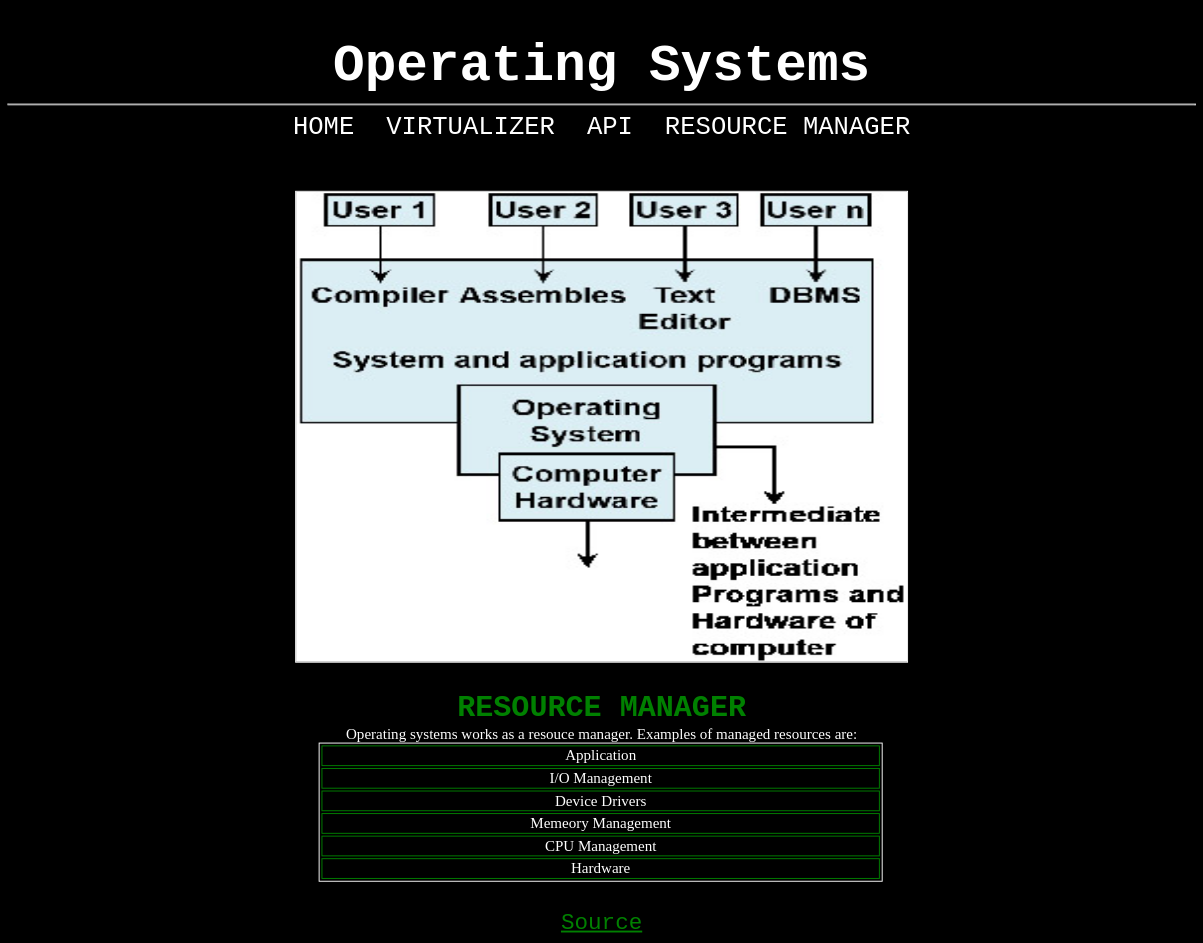
Repository: ctm93/website2
Page: http://localhost/page4.php
The author's editor kept a record of every edit. The page is drawn from the files as they stood at one moment, then again after the next edit.
The browser window is 1280 px wide. The pictures show the whole page, at 94% of full size.
Some web fonts or font styles are not loaded; a fallback is used. The page is run by PHP 8.4 with error messages shown; the project is at /var/www/html/.

Above is the page before.

After the next edit:
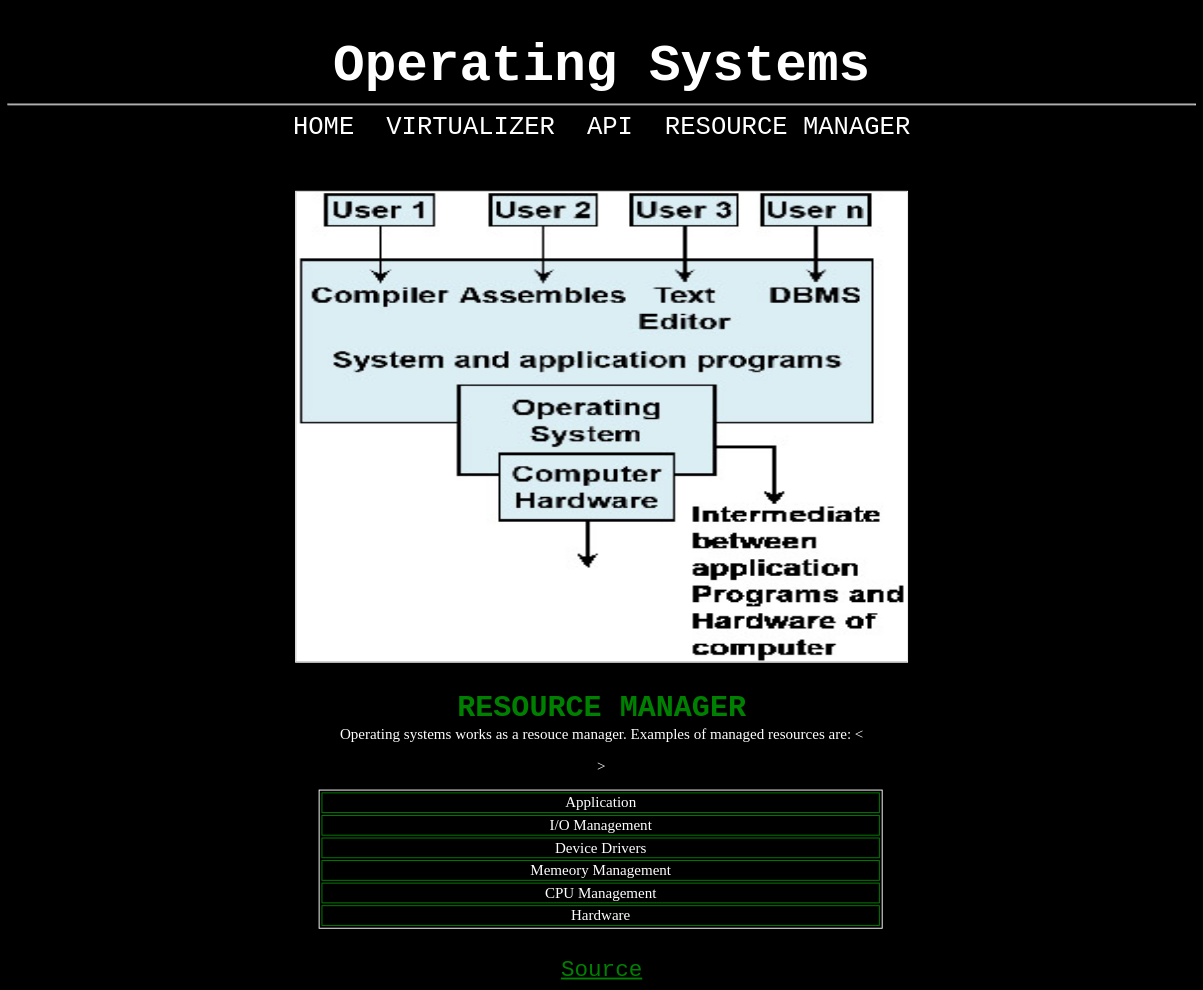
The edit:
--- a/page4.php
+++ b/page4.php
@@ -34,7 +34,7 @@
 
                 <p2>Operating systems works as a resouce manager. Examples of managed resources are:</p2>
 
-                <p3>
+                <<p class ="p3">>
                 <table>
                       <tr><td>Application</td></tr>
                       <tr><td>I/O Management</td></tr>
